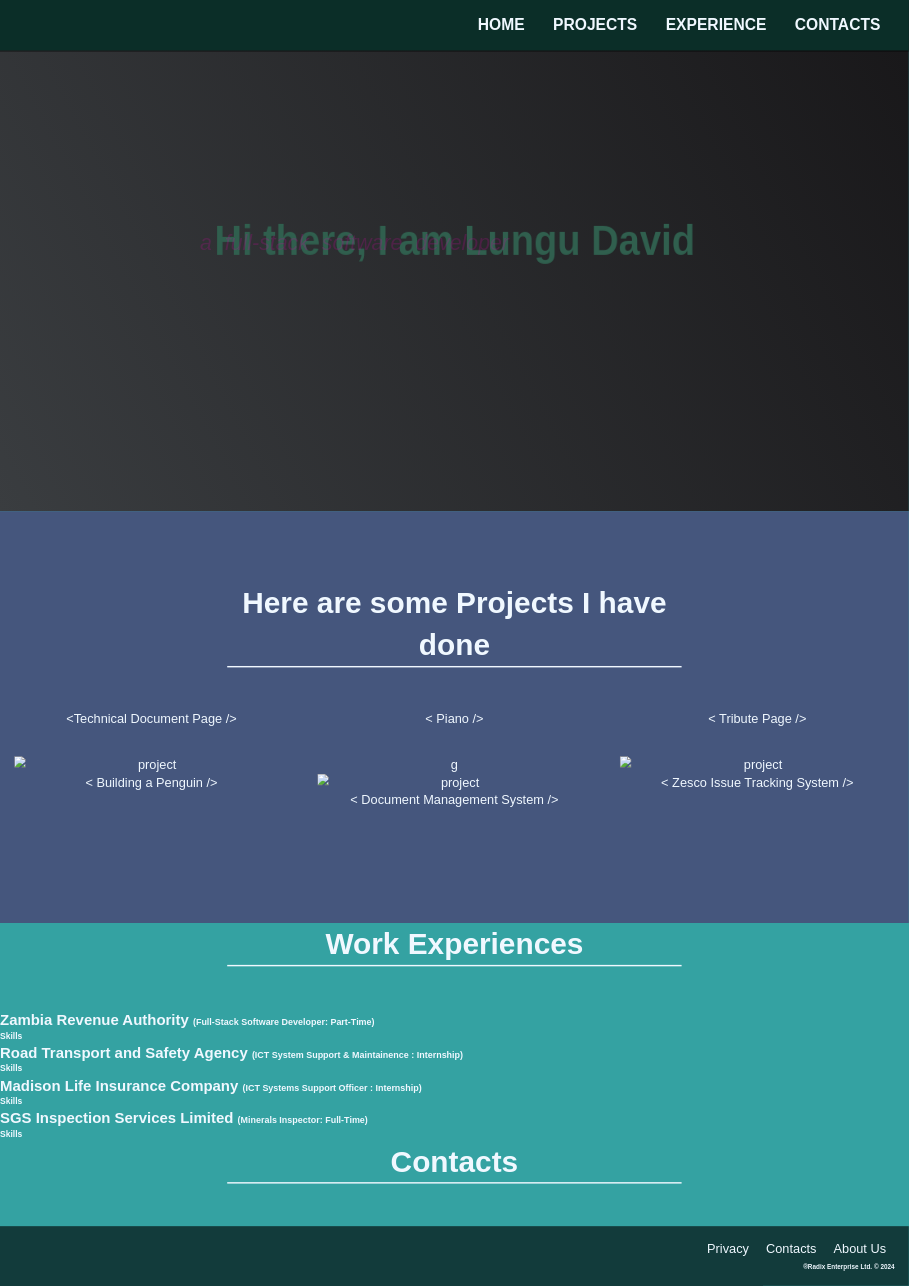
Repository: Lungdjos/personal_portifolio
Page: html/index.html
The author's editor kept a copy of each file at every save. The page is drawn from the files as they stood at one save, then again after a run of saves.
The browser window is 1280 px wide. The pictures show the whole page, at 71% of full size.

Above is the page before, as saved 2024-02-04 00:19:03.

After the next 2 saves:
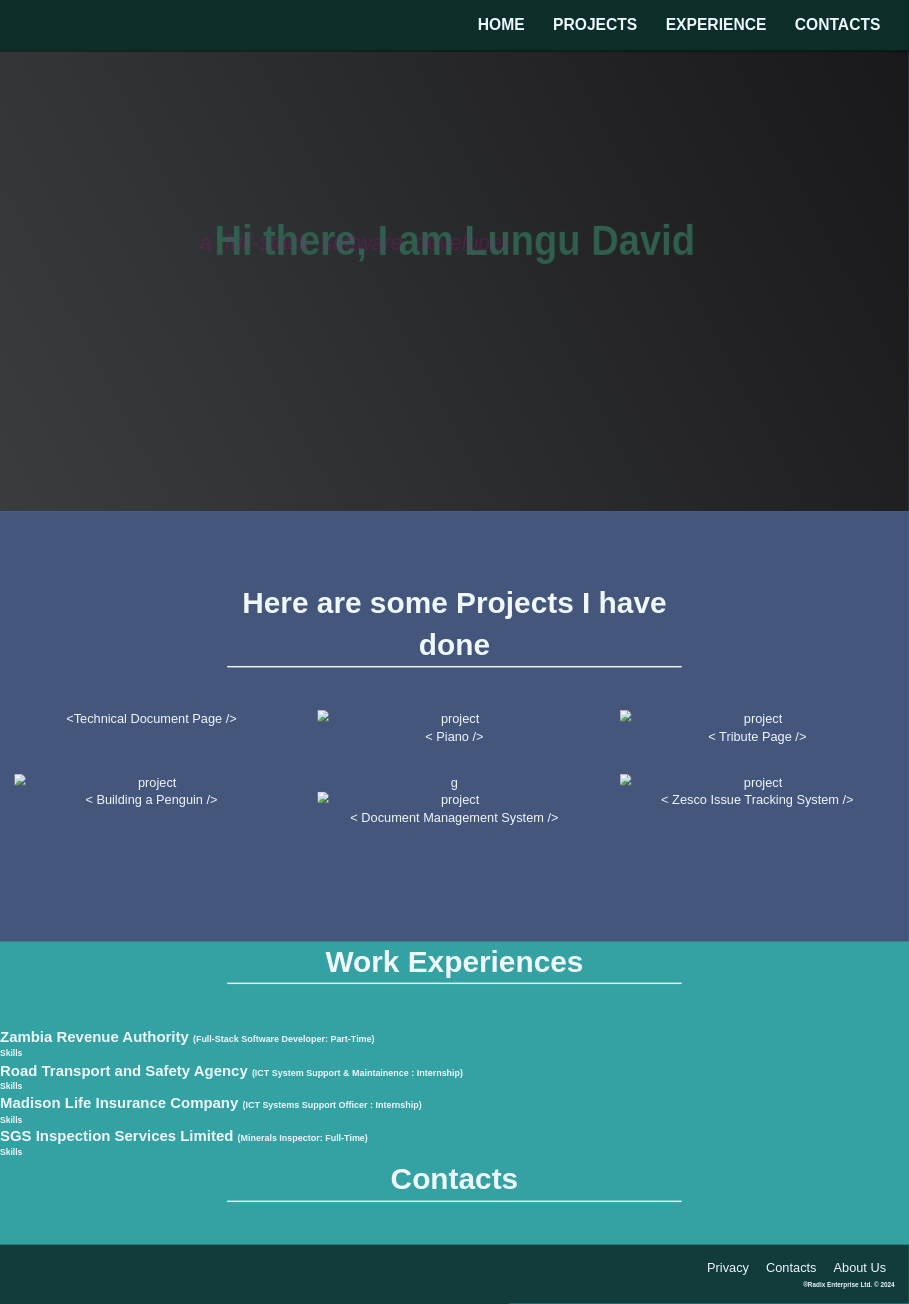
The 2 saves are shown as one change because they came seconds apart.
The last was saved 14 s later.
--- a/html/index.html
+++ b/html/index.html
@@ -47,6 +47,7 @@
                 </a>
 
                 <a href="" target="_blank" class="project project-title">
+                    <img class="project-image" src="" alt="project">
                     <p class="project-title">
                         <span class="code">&lt;</span> Piano
                         <span class="code">/&gt;</span>
@@ -54,6 +55,7 @@
                 </a>
 
                 <a href="" target="_blank" class="project project-title">
+                    <img class="project-image" src="" alt="project">
                     <p class="project-title">
                         <span class="code">&lt;</span> Tribute Page
                         <span class="code">/&gt;</span>
